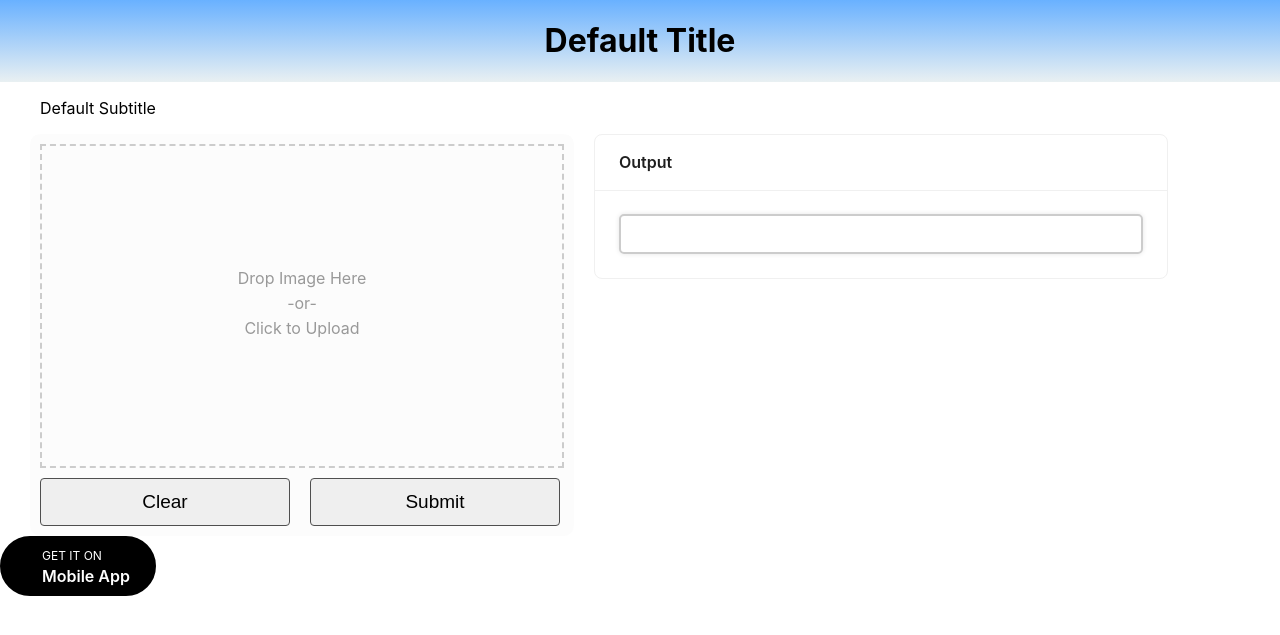
Repository: xshamrose/RAYi-AI
Page: /BreastCancerDetector-app (app in client/)
The author's editor kept a copy of each file at every save. The page is drawn from the files as they stood at one save, then again after the next save.
The browser window is 1280 px wide. The pictures show the whole page.
The project was rebuilt for these pictures with package versions that can differ from the ones it lists, and the page was loaded fresh each time. Also part of the build but not shown: client/src/pages/home.css, client/src/pages/Home.js, client/src/pages/Chatbox.js.

Above is the page before, as saved 2024-03-12 12:26:00.

After the next save:
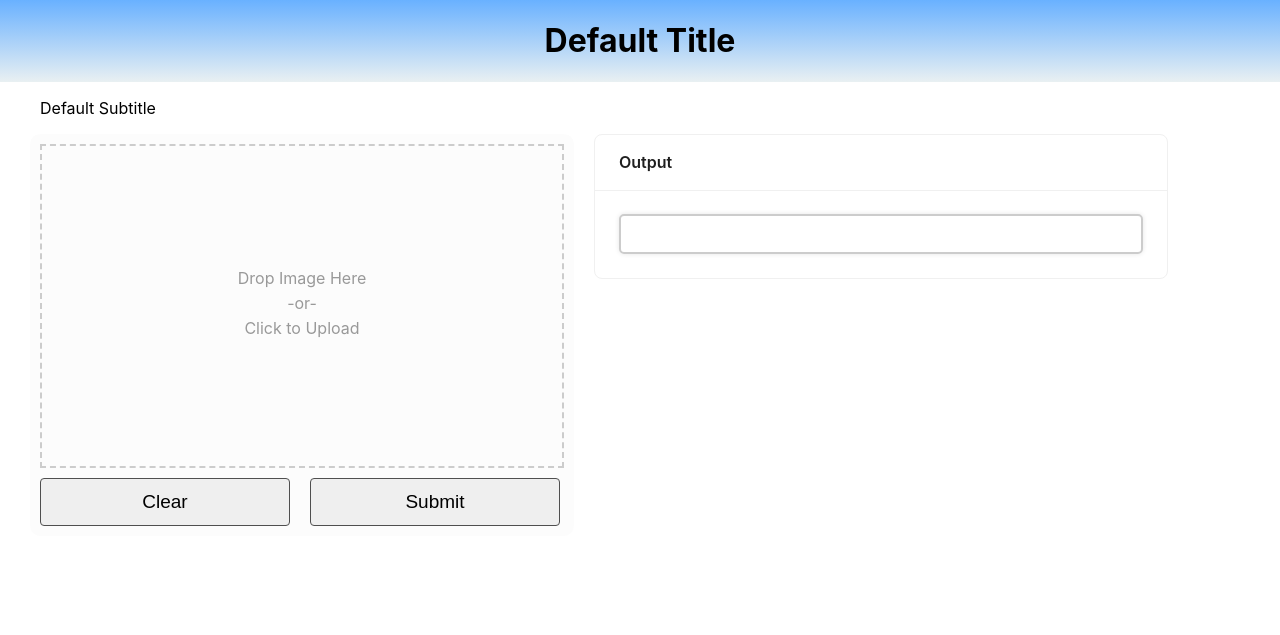
Saved 16 s later.
--- a/client/src/pages/Candetect.js
+++ b/client/src/pages/Candetect.js
@@ -258,12 +258,14 @@
           </div>
         </div>
 
-  <a class="playstore-button" href="https://drive.google.com/file/d/1Iti7YqzuhaUXecjY6D_aitSzeS3V5dZp/view?usp=sharing">
-  <span class="texts">
-    <span class="text-1">GET IT ON</span>
-    <span class="text-2">Mobile App</span>
-  </span>
-</a>
+        {title === "Face Detector" && (
+        <a className="playstore-button" href="https://drive.google.com/file/d/1Iti7YqzuhaUXecjY6D_aitSzeS3V5dZp/view?usp=sharing">
+          <span className="texts">
+            <span className="text-1">GET IT ON</span>
+            <span className="text-2">Mobile App</span>
+          </span>
+        </a>
+      )}
 {(title === "Breast Cancer Detector" || title === "Face Detector") && (
         <div className="ask-me-icon">
           <div className="tooltip-container">
